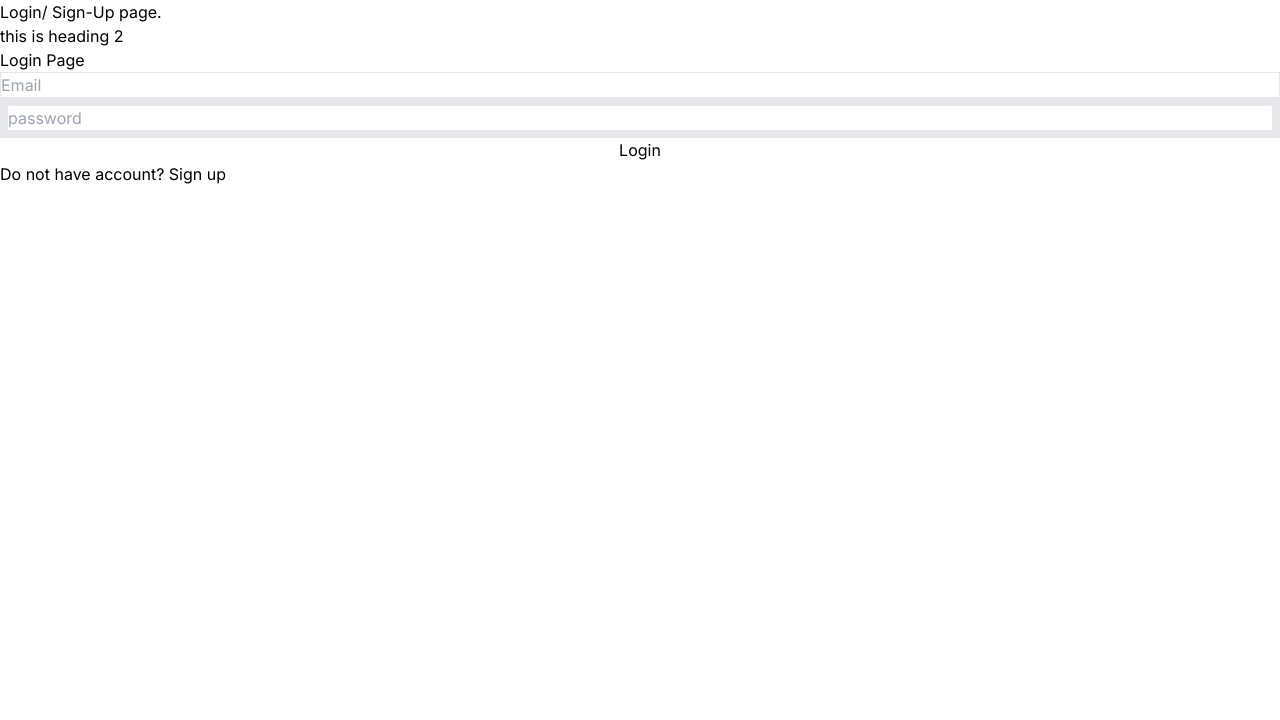
Repository: its-kundan/food-on-time
Page: /restaurant
An editor plug-in stored every save of this project. The page is shown before and after a run of saves, followed by the edit.
The browser window is 1280 px wide. The pictures show the whole page.
The project was rebuilt for these pictures with package versions that can differ from the ones it lists, and the page was loaded fresh each time. The framework's server and built-in components were replaced by stand-ins that run in the browser. Also part of the build but not shown: next.config.mjs, src/app/_components/SignUp.jsx.

Above is the page before, as saved 2024-07-24 19:47:38.

After the next 4 saves:
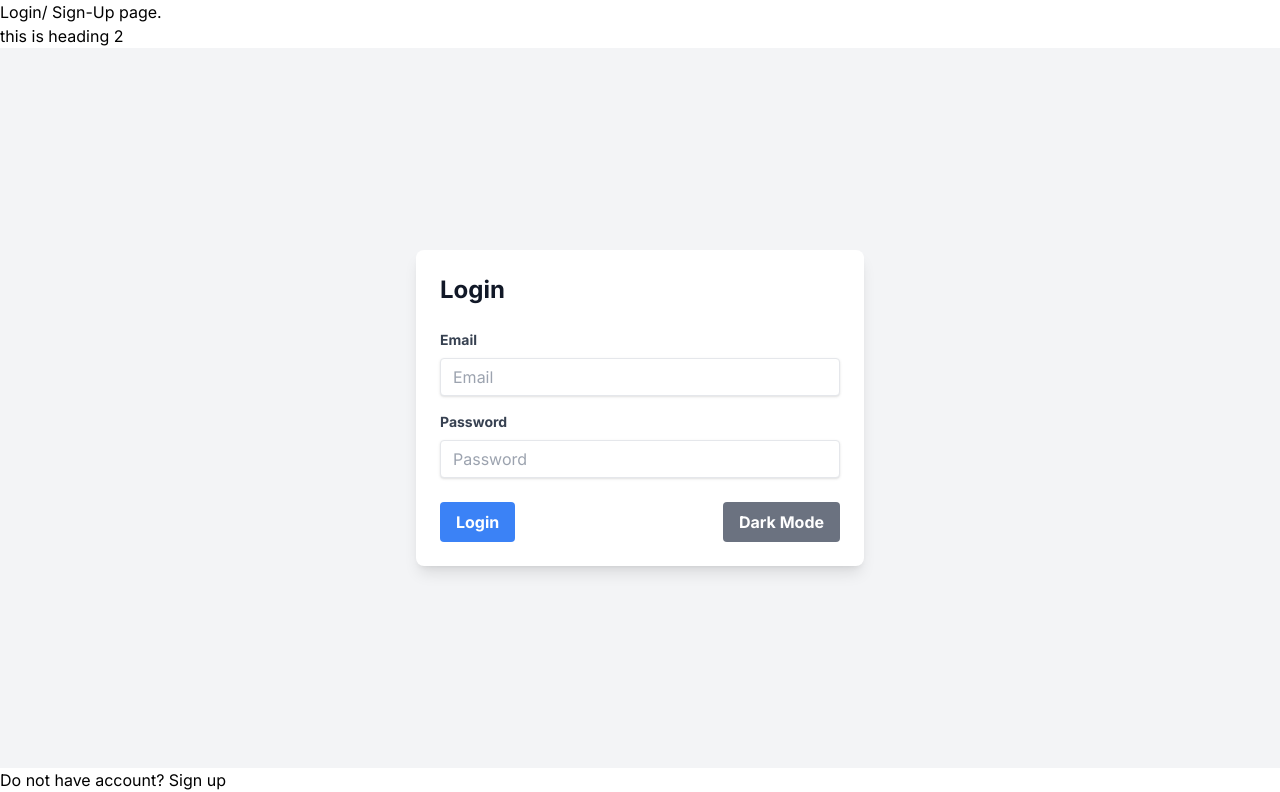
The 4 saves are shown as one change because they came seconds apart.
The last was saved 3 min 37 s later.
--- a/src/app/_components/Login.jsx
+++ b/src/app/_components/Login.jsx
@@ -1,18 +1,99 @@
-import React from 'react'
+// import React from 'react'
 
-function Login() {
+// function Login() {
+//   return (
+//     <>
+//         <div className='flex flex-col'>
+//         <h3> Login  Page</h3>
+//         <input className='border ' type="email" placeholder="Email" />
+
+//         <input className='border-8' type="password" placeholder="password" />
+
+//         <button>Login</button>
+//         </div>
+//     </>
+//   )
+// }
+
+// export default Login
+
+
+// import React from 'react'
+
+// function page() {
+//   return (
+//     <div>
+//       <h1> Login page</h1>
+//     </div>
+//   )
+// }
+
+// export default page
+
+
+import { useState } from 'react';
+
+export default function LoginPage() {
+  const [email, setEmail] = useState('');
+  const [password, setPassword] = useState('');
+  const [isDarkMode, setIsDarkMode] = useState(false);
+
+  const handleLogin = () => {
+    // Handle login logic here
+    console.log('Logging in with:', { email, password });
+  };
+
+  const toggleDarkMode = () => {
+    setIsDarkMode(!isDarkMode);
+  };
+
   return (
-    <>
-        <div className='flex flex-col'>
-        <h3> Login  Page</h3>
-        <input className='border ' type="email" placeholder="Email" />
-
-        <input className='border-8' type="password" placeholder="password" />
-
-        <button>Login</button>
+    <div className={isDarkMode ? 'dark' : ''}>
+      <div className="min-h-screen flex items-center justify-center bg-gray-100 dark:bg-gray-900">
+        <div className="bg-white dark:bg-gray-800 p-6 rounded-lg shadow-lg w-full max-w-md">
+          <h2 className="text-2xl font-bold mb-6 text-gray-900 dark:text-white">Login</h2>
+          <div className="mb-4">
+            <label className="block text-gray-700 dark:text-gray-300 text-sm font-bold mb-2" htmlFor="email">
+              Email
+            </label>
+            <input
+              type="email"
+              id="email"
+              placeholder="Email"
+              value={email}
+              onChange={(e) => setEmail(e.target.value)}
+              className="shadow appearance-none border rounded w-full py-2 px-3 text-gray-700 dark:text-gray-300 dark:bg-gray-900 leading-tight focus:outline-none focus:shadow-outline"
+            />
+          </div>
+          <div className="mb-6">
+            <label className="block text-gray-700 dark:text-gray-300 text-sm font-bold mb-2" htmlFor="password">
+              Password
+            </label>
+            <input
+              type="password"
+              id="password"
+              placeholder="Password"
+              value={password}
+              onChange={(e) => setPassword(e.target.value)}
+              className="shadow appearance-none border rounded w-full py-2 px-3 text-gray-700 dark:text-gray-300 dark:bg-gray-900 leading-tight focus:outline-none focus:shadow-outline"
+            />
+          </div>
+          <div className="flex items-center justify-between">
+            <button
+              onClick={handleLogin}
+              className="bg-blue-500 hover:bg-blue-700 text-white font-bold py-2 px-4 rounded focus:outline-none focus:shadow-outline"
+            >
+              Login
+            </button>
+            <button
+              onClick={toggleDarkMode}
+              className="bg-gray-500 hover:bg-gray-700 text-white font-bold py-2 px-4 rounded focus:outline-none focus:shadow-outline"
+            >
+              {isDarkMode ? 'Light Mode' : 'Dark Mode'}
+            </button>
+          </div>
         </div>
-    </>
-  )
+      </div>
+    </div>
+  );
 }
-
-export default Login
